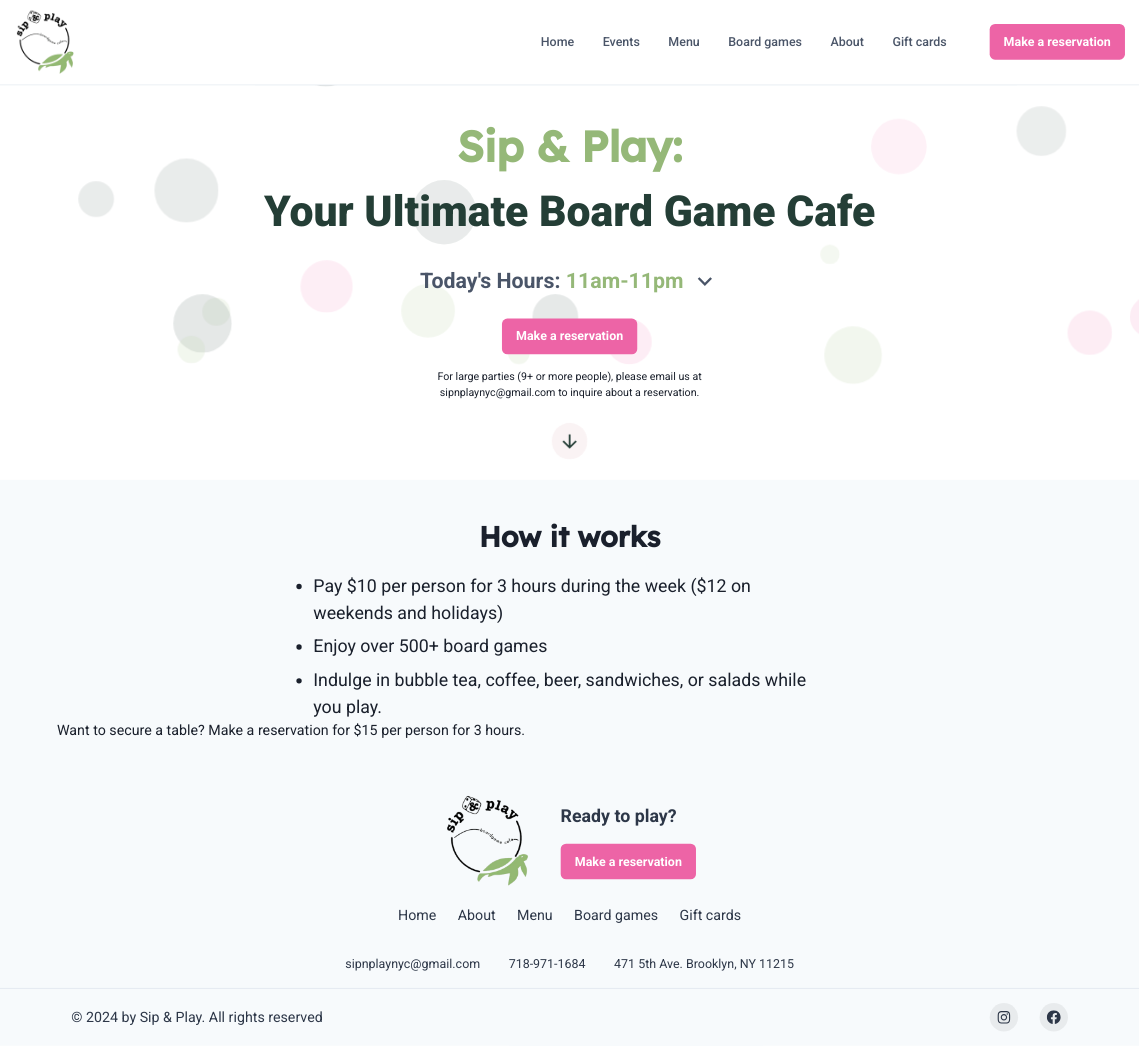
Repository: natespinetti/codedexsummerhackathon
Page: /
These files come from the project's save history. The page is drawn as it stood at one moment and after the next save; the edit follows.
The browser window is 1280 px wide. The pictures show the whole page, at 89% of full size.
The project was rebuilt for these pictures with package versions that can differ from the ones it lists, and the page was loaded fresh each time. The framework's server and built-in components were replaced by stand-ins that run in the browser. Also part of the build but not shown: next.config.mjs.

Above is the page before, as saved 2024-07-11 16:55:03.

After the next save:
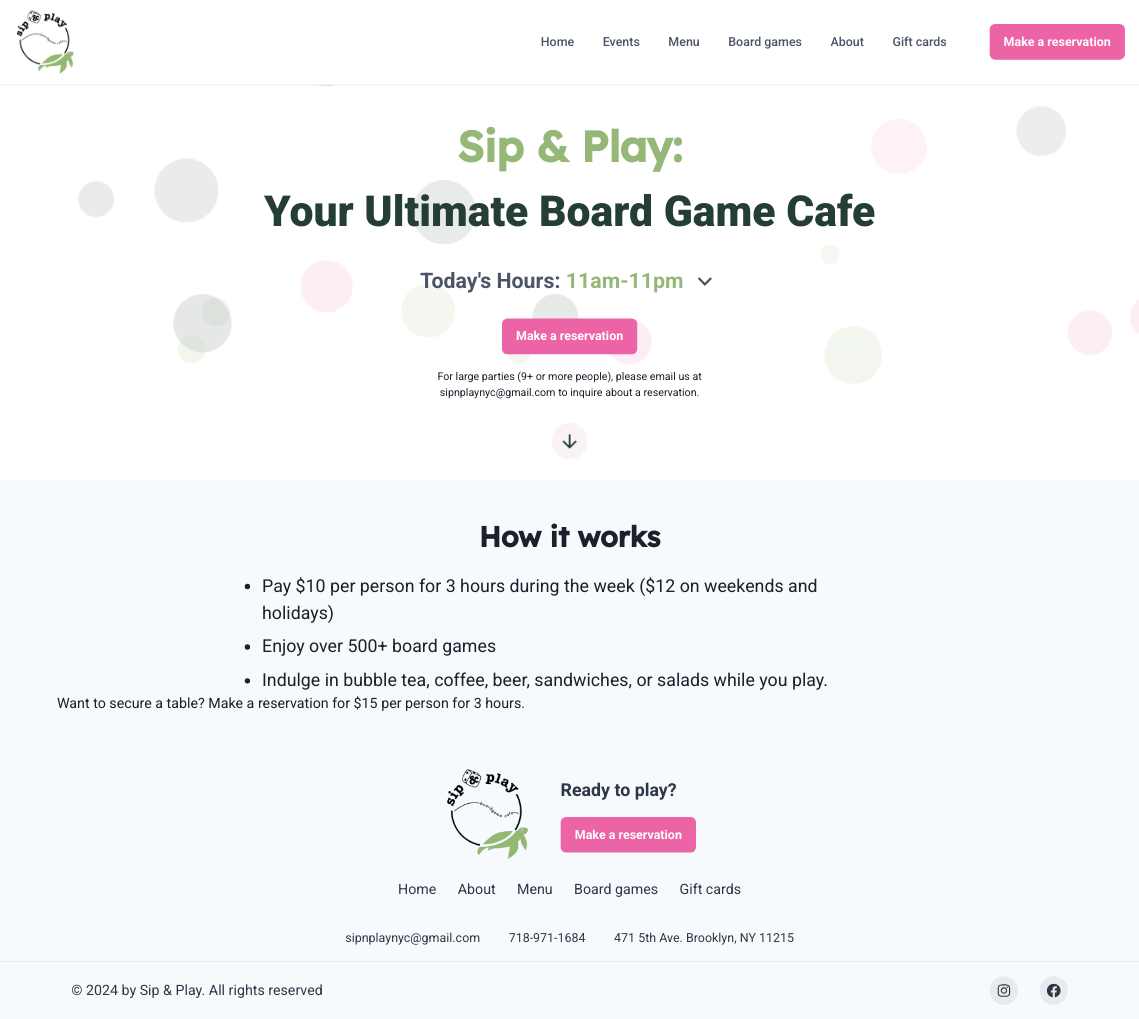
Saved 10 s later.
--- a/app/page.tsx
+++ b/app/page.tsx
@@ -26,7 +26,7 @@
           >
             How it works
           </Text>
-          <UnorderedList spacing={2} fontSize="1.25rem" w="50%" m="auto">
+          <UnorderedList spacing={2} fontSize="1.25rem" w="60%" m="auto">
             <ListItem>
               Pay $10 per person for 3 hours during the week ($12 on weekends
               and holidays)
